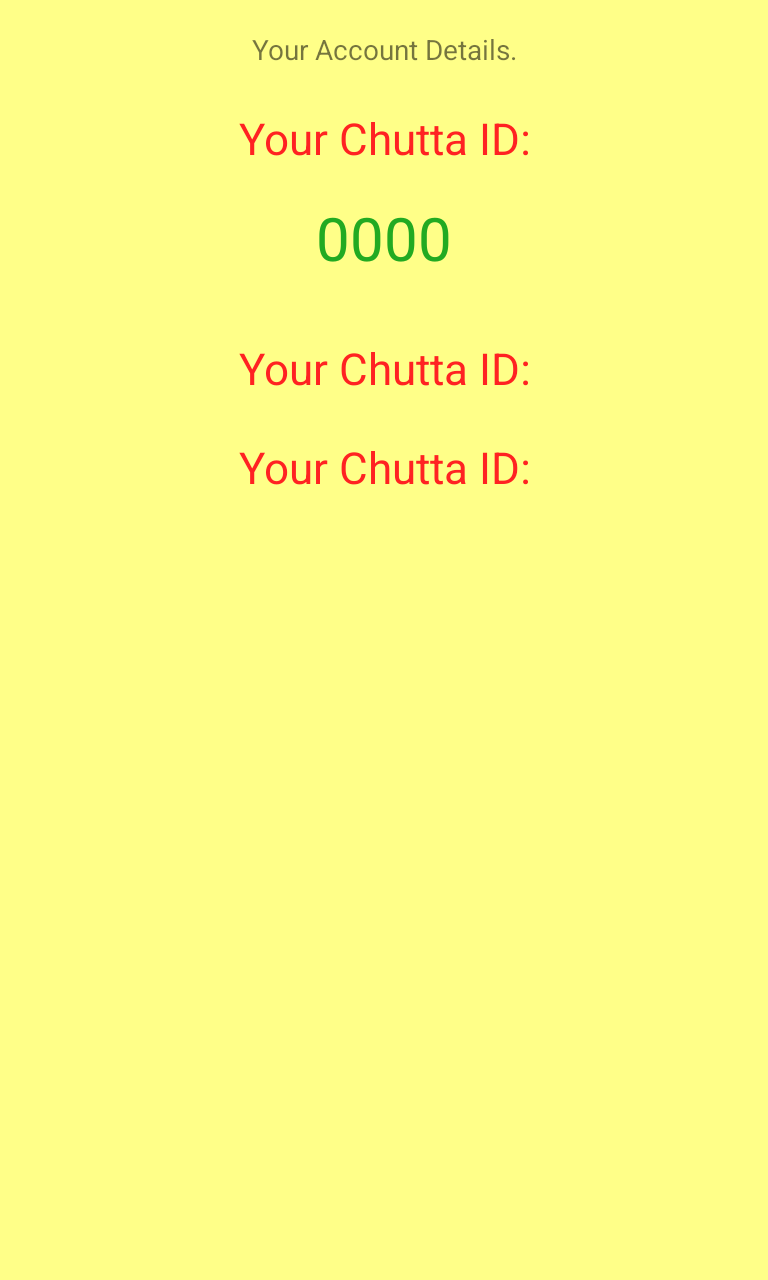
Repository: pankajksharma/chutta-pay
Layout: ChuttaPay/res/layout/activity_account.xml
The author's editor kept a copy of each file at every save. The layout is drawn from the files as they stood at one save, then again after the next save.
It is drawn on a 768 x 1280 px phone screen (xhdpi) without system bars, with theme AppTheme; the app's code is not run.

Above is the layout before, as saved 2014-04-26 16:27:23.

After the next save:
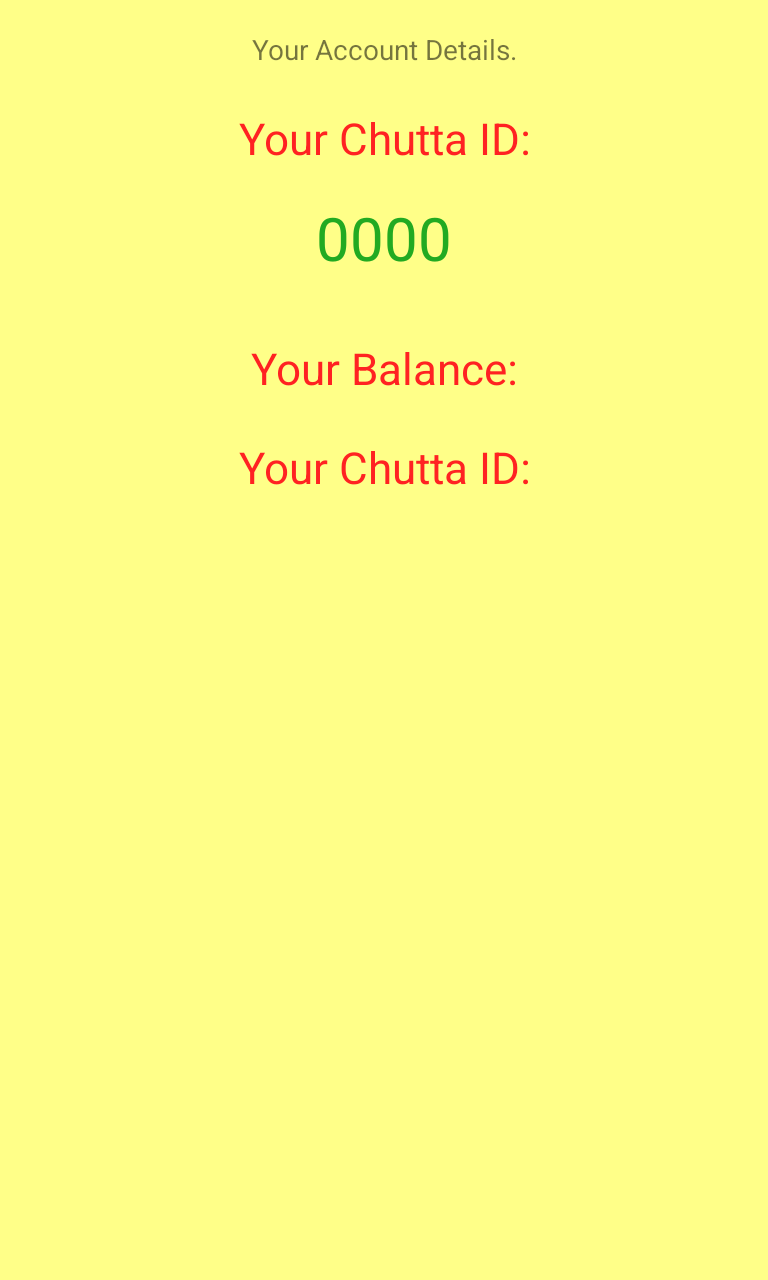
Saved 30 s later.
--- a/ChuttaPay/res/layout/activity_account.xml
+++ b/ChuttaPay/res/layout/activity_account.xml
@@ -46,7 +46,7 @@
             android:layout_marginBottom="20dp"
             android:textColor="#ff2222"
             android:textSize="22dp"
-            android:text="Your Chutta ID:" />
+            android:text="Your Balance:" />
 
         <TextView
             android:layout_width="match_parent"
